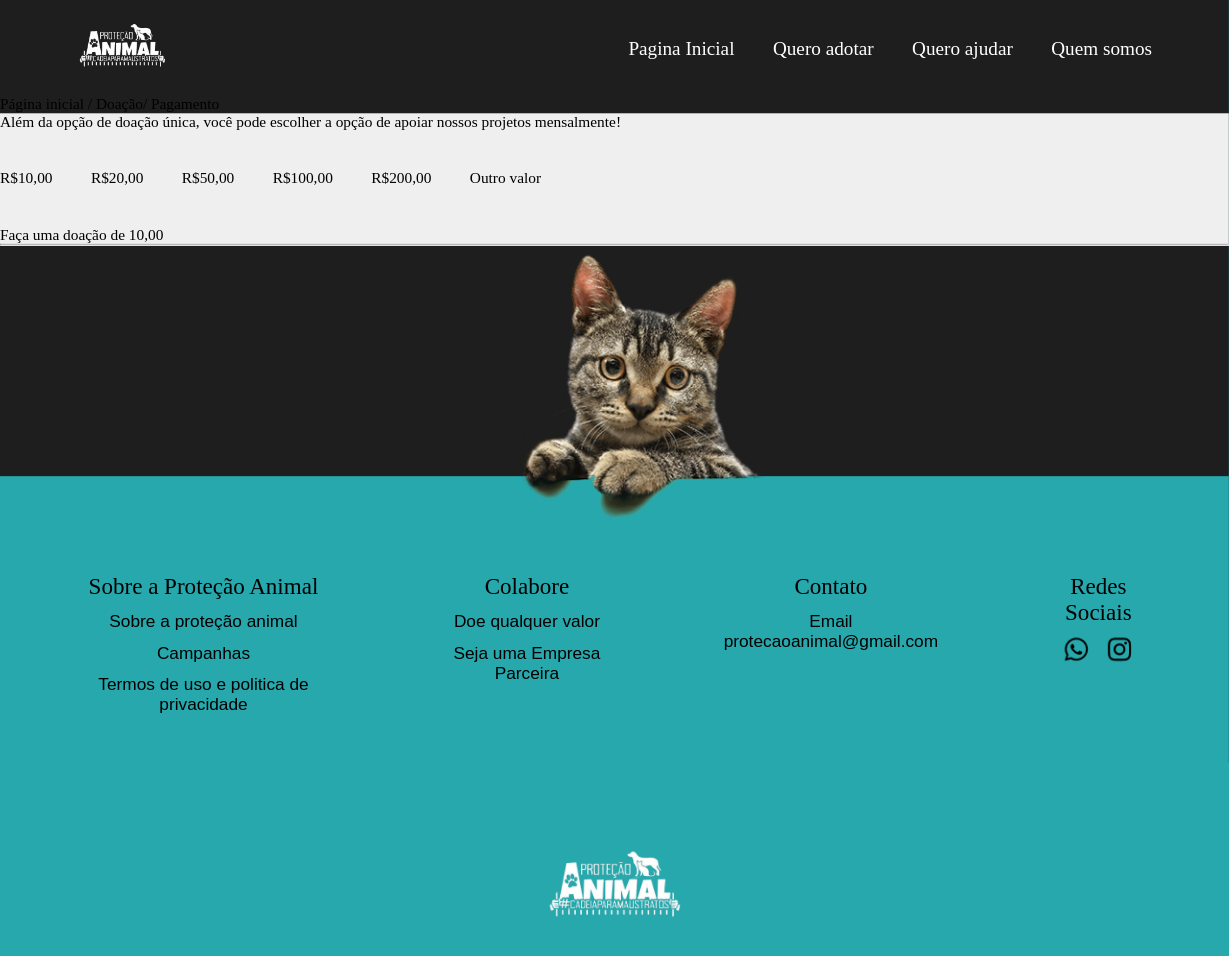
Repository: edjunior-nascimento/protecao-animal-web
Page: src/pages/formulario-doacao/index.html
An editor plug-in stored every save of this project. The page is shown before and after a run of saves, followed by the edit.
The browser window is 1280 px wide. The pictures show the whole page, at 96% of full size.

Above is the page before, as saved 2025-02-22 03:07:33.

### src/pages/formulario-doacao/index.html
<!DOCTYPE html>
<html lang="pt">

<head>
    <meta charset="UTF-8">
    <meta name="viewport" content="width=device-width, initial-scale=1.0">
    <title>Proteção Animal</title>
    <link rel="preconnect" href="https://fonts.googleapis.com" />
    <link rel="preconnect" href="https://fonts.gstatic.com" crossorigin />
    <meta name="viewport" content="width=device-width, initial-scale=1.0" />
    <link rel="stylesheet" href="./style.css" />
    <link>
</head>

<body>
    <header>
        <div><img class="logo" src="/src/pages/images/logo.png" alt="logo Protecao animal" /></div>
        <nav>
            <ul>
                <li>
                    <a href="#">
                        <p>Pagina Inicial</p>
                    </a>
                </li>
                <li>
                    <a href="#">
                        <p>Quero adotar</p>
                    </a>
                </li>
                <li>
                    <a href="#">
                        <p>Quero ajudar</p>
                    </a>
                </li>
                <li>
                    <a href="#">
                        <p>Quem somos</p>
                    </a>
                </li>
            </ul>
        </nav>
    </header>
    <div>
        <div class="title">
            <p>Página inicial / Doação/ Pagamento</p>
        </div>
        <main class="container">
            <div class="sub-title">
                <p>Além da opção de doação única, você pode escolher a opção de apoiar nossos projetos mensalmente!</p>
            </div>
            <div class="valor">
                <div class="parcela">

                </div>
                <div class="cota">

                </div>
                <nav>
                    <ul>
                        <li><span>R$10,00</span></li>
                        <li><span>R$20,00</span></li>
                        <li><span>R$50,00</span></li>
                        <li><span>R$100,00</span></li>
                        <li><span>R$200,00</span></li>
                        <li><span>Outro valor</span></li>
                    </ul>
                </nav>
                <div class="res"><span>Faça uma doação de 10,00</span></div>
            </div>
            <hr>
            <div class="cad">
                <div class="sub-title"></div>
            </div>
    </div>
    </main>
    <div class="gato"><img src="/src/pages/images/gato.png" alt=""></div>
    <footer>
        <div class="footer-container">
            <div class="footer-primary">
                <div class="footer-section-1">
                    <div>
                        <h4>Sobre a Proteção Animal</h4>
                    </div>
                    <div>
                        <p><a href="">Sobre a proteção animal</a></p>
                    </div>
                    <div>
                        <p><a href="">Campanhas</a></p>
                    </div>
                    <div>
                        <p><a href="">Termos de uso e politica de privacidade</a></p>
                    </div>
                </div>
                <div class="footer-section-2">
                    <div>
                        <h4>Colabore</h4>
                    </div>
                    <div>
                        <p><a href="">Doe qualquer valor</a></p>
                    </div>
                    <div>
                        <p><a href="">Seja uma Empresa Parceira</a></p>
                    </div>
                </div>
                <div class="footer-section-3">
                    <div>
                        <h4>Contato</h4>
                    </div>
                    <div>
                        <p>Email</p>
                        <p><a href="mailto:protecaoanimal@gmail.com">protecaoanimal@gmail.com</a></p>
                    </div>
                </div>
                <div class="footer-section-4">
                    <div>
                        <h4>Redes Sociais</h4>
                    </div>
                    <div class="social-icons">
                        <div>
                            <a href=""><img src="/src/pages/images/whatsAppIcon.png" alt="" /></a>
                        </div>
                        <div>
                            <a href=""><img src="/src/pages/images/instagramIcon.png" alt="" /></a>
                        </div>
                    </div>
                </div>
            </div>
        </div>
        <div class="footer-secondary">
            <img src="/src/pages/images/logo.png" alt="" />
        </div>
    </footer>
</body>

</html>

### src/pages/formulario-doacao/style.css
:root {
    --main-bg-color: #1e1e1e;
    --title-color: #27a8ad;
    --subtitle-color: #ffffff;
    --box-color: #ffffff;
    --link-nav-color: #ffffff;
    --card-title-color: #27a8ad;
    --footer-background: #27a8ad;
    --footer-font-color: #000000;
    --maim-color: #EFEFEF;
  }

  * {
    height: max-content;
    font-family: "Jockey One", serif;
    font-style: normal;
    margin: 0px;
    padding: 0px;
  }

  body {
    background-color: var(--main-bg-color);

  }

  a {
    text-decoration: none;
  }

  header {
    height: 100px;
    display: flex;
    flex-direction: row;
    justify-content: space-between;
    padding-inline: 80px
  }
  header div {
    display: flex;
    align-items: center;
  }
  .logo {
    height: 95px;
    width: auto;
  }
  nav {
    width: auto;
    height: 100px;
    display: flex;
    align-items: center;
  }

  nav ul {
    list-style-type: none;
    display: flex;
    gap: 40px;
  }

  nav ul li a {
    color: var(--link-nav-color);
    font-size: 20px;
    font-weight: 400;
  }
main {
  background-color:var(--maim-color) ;
}





  .gato {
    margin-left: 42%;
    margin-bottom: -25px;
    height: 265px;
    max-width: auto;}

  footer {
    height: 500px;
    max-height: auto;
    background-color: var(--footer-background);
    padding-inline: 80px;
  }

  .footer-container {
      width: auto;
      height: 70%;
      display: flex;
      align-items: center;
      justify-content: center;
  }

  .footer-primary {
    display: flex;
    flex-direction: row;
    gap: 111px;
    align-items: flex-start;
    justify-content: center;
  }

  .footer-primary p a {
      color: var(--footer-font-color);
      font-family: "Arial", sans-serif;
  }

  .footer-primary h4 {
    font-size: 24px;
    font-weight: 400;
  }

  .footer-primary p {
      font-size: 18px;
      font-weight: 400;
      font-family: "Arial", sans-serif;
  }

  .footer-secondary {
    width: auto;
    height: 30%;
    display: flex;
    align-items: center;
    justify-content: center;
  }

  .footer-secondary img {
      height: 145px;
      width: auto
  }

  .footer-section-1, .footer-section-2, .footer-section-3, .footer-section-4 {
      display: flex;
      flex-direction: column;
      text-align: center;
      gap: 12px;
  }

  .footer-section-4 {
      align-items: center;
  }

  .social-icons {
      display: flex;
      flex-direction: row;
      gap: 20px;
  }

After the next 2 saves:
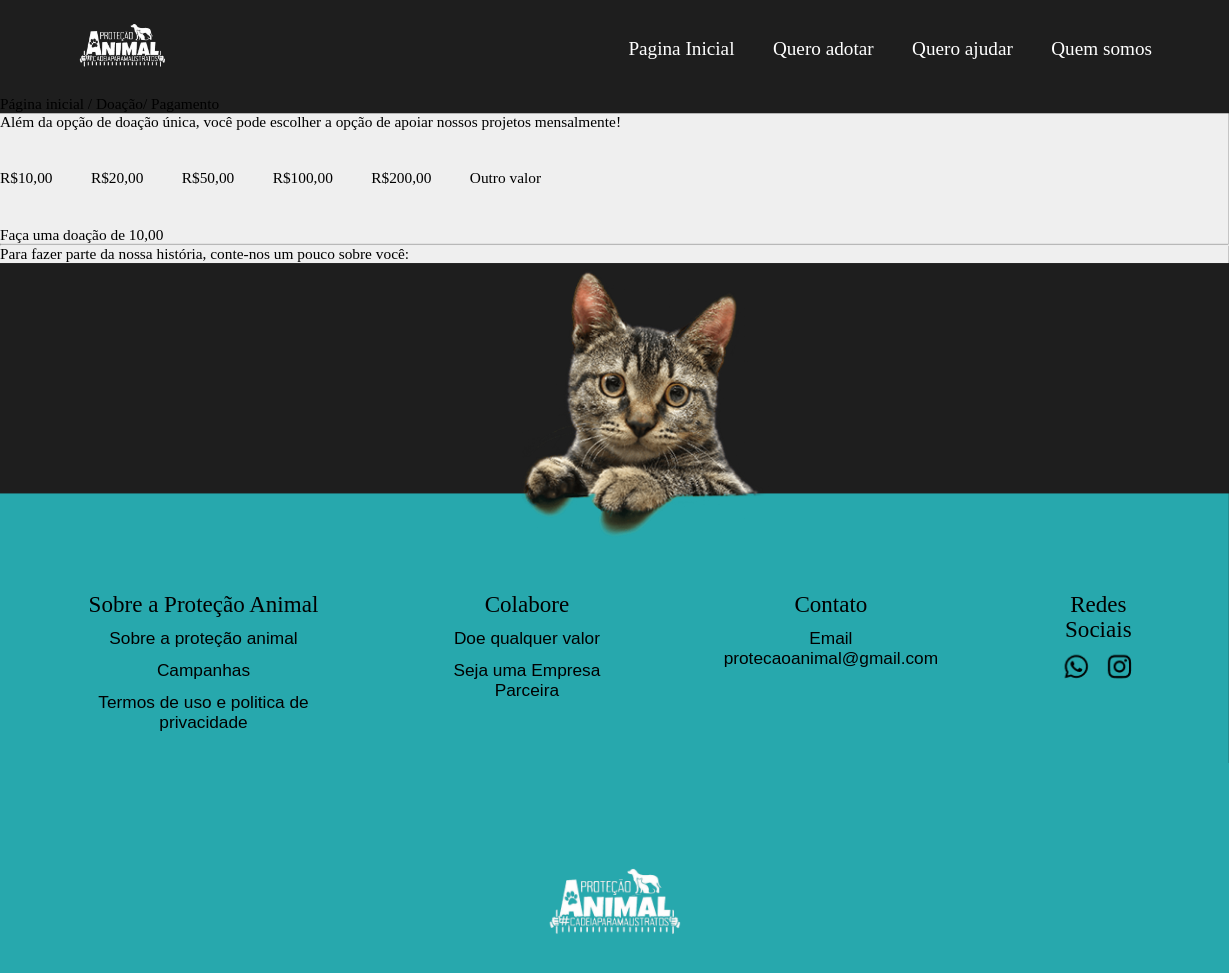
The 2 saves are shown as one change because they came seconds apart.
The last was saved 16 s later.
--- a/src/pages/formulario-doacao/index.html
+++ b/src/pages/formulario-doacao/index.html
@@ -69,7 +69,9 @@
             </div>
             <hr>
             <div class="cad">
-                <div class="sub-title"></div>
+                <div class="sub-title">
+                    <p>Para fazer parte da nossa história, conte-nos um pouco sobre você:</p>
+                </div>
             </div>
     </div>
     </main>
